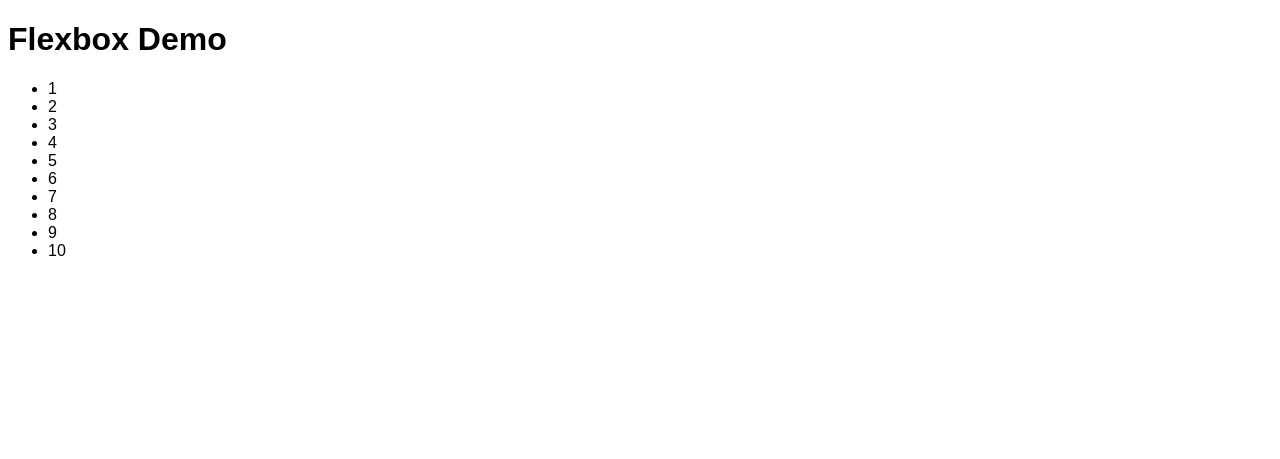
Repository: aniatot/CSS_KT
Page: 6 Flexbox Demo Project/index2.html
These files come from the project's save history. The page is drawn as it stood at one moment and after the next save; the edit follows.
The browser window is 1280 px wide. The pictures show the whole page.
Some web fonts or font styles are not loaded; a fallback is used.

Above is the page before, as saved 2023-10-19 02:10:02.

After the next save:
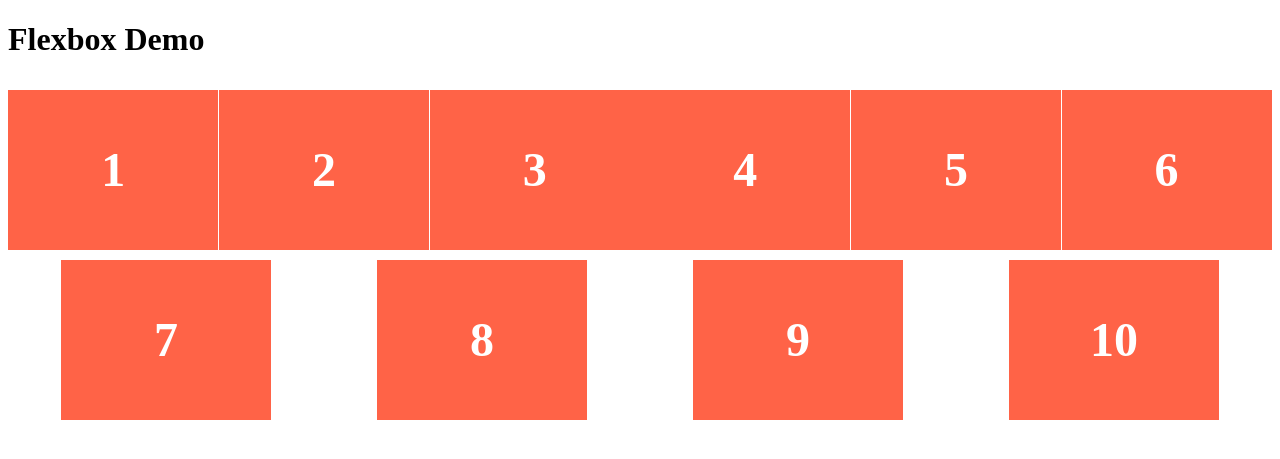
Saved 98 s later.
--- a/6 Flexbox Demo Project/index2.html
+++ b/6 Flexbox Demo Project/index2.html
@@ -7,48 +7,31 @@
   <link rel="preconnect" href="https://fonts.gstatic.com" crossorigin>
   <link href="https://fonts.googleapis.com/css2?family=Sono:wght@400;700&display=swap" rel="stylesheet">
   <style>
-    body {
-      font-family: 'Sono', sans-serif;
-    }
+.flex-container {
+  /* We first create a flex layout context */
+  display: flex;
+  flex-wrap: wrap;
+  /* flex-flow: row wrap; */
 
-      * {
-        box-sizing: border-box;
-      }
+  /* Then we define how is distributed the remaining space */
+  justify-content: space-around;
+  padding: 0;
+  margin: 0;
+  list-style: none;
+}
 
-/*       ul {
-        display: flex;
-        flex-wrap: wrap;
-        justify-content: space-around;
-        align-content: stretch;
-        padding: 0;
-        gap: 10px;
-      }
-      li {
-        list-style-type: none;
-        flex: 1 0 auto;
-      } */
-
-      img {
-        /* width: 100%; */
-        height: 20vh;
-        display: block;
-        /* object-fit: cover; */
-        border: 1px solid black;
-        box-shadow: 1px 3px 8px rgba(0,0,0,0.5);
-      }
-
-          /* Hint: What can you do with a media query and flexbox? */
-/*     @media (max-width: 1024px) {
-      ul {
-        flex-direction: column;
-        max-height: 980px;
-      }
-
-      img {
-        width: 33vh;
-        height: 100%;
-      }
-  } */
+.flex-item {
+  background: tomato;
+  padding: 5px;
+  width: 200px;
+  height: 150px;
+  margin-top: 10px;
+  line-height: 150px;
+  color: white;
+  font-weight: bold;
+  font-size: 3em;
+  text-align: center;
+}
   </style>
 </head>
 
